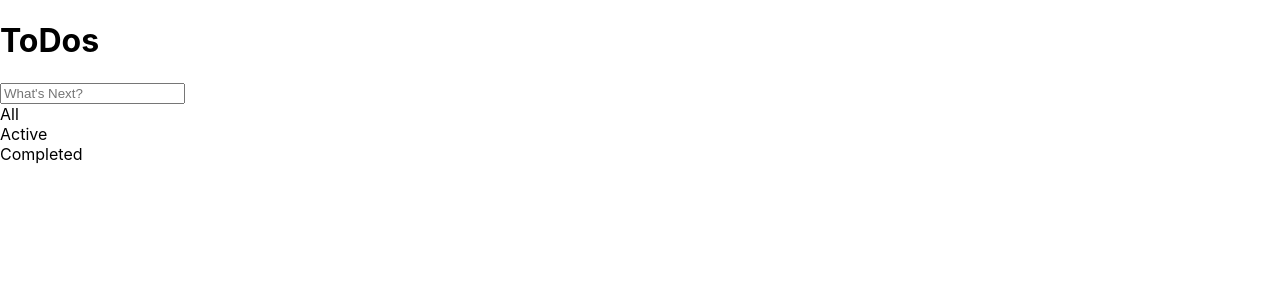
Repository: shuroo/FECourse-final-ex-todos
Page: /
These files come from the project's save history. The page is drawn as it stood at one moment and after a run of saves; the edit follows.
The browser window is 1280 px wide. The pictures show the whole page.
The project was rebuilt for these pictures with package versions that can differ from the ones it lists, and the page was loaded fresh each time. Also part of the build but not shown: src/App.css, src/components/TaskComponent.jsx, src/components/TasksView.jsx.

Above is the page before, as saved 2021-08-04 00:46:54.

### src/App.js
import logo from './logo.svg';
import './App.css';
import HomePage from './pages/HomePage';
import { Container } from 'react-bootstrap';

function App() {
    return (

        <
        HomePage / >



    );
}

export default App;

### src/pages/HomePage.jsx

import React, { Component,useState,useEffect } from 'react';
import Container from 'react-bootstrap/Container'
import FormComponent from "../components/FormComponent";
import FooterBar from '../components/FooterBar';
import TaskModel from '../model/TaskModel';

import {
    BrowserRouter as Router,
    Switch,
    Route,
    Link
  } from "react-router-dom";
import TasksView from '../components/TasksView';
import TaskComponent from '../components/TaskComponent';

function HomePage(){

    function defaultFilter(task){ return true; }
    function activeTasksFilter(task){ return task && !task.isDone; }
    function completedTasksFilter(task){ return task && task.isDone; };

    const [tasks, setTasks] = useState([]);
    const [tasksFiltered, setTasksFiltered] = useState([...tasks]);
    const [taskToAdd, setTaskToAdd] = useState("");
    const [filterBy, setFilterBy] = useState("All");
    const [taskToRemove, setTaskToRemove] = useState("");

    // const [filteredTasks, setFilteredTasks] = useState(tasks);

    function updateTasks(){
        const newTaskName = document.getElementById("tasksAddInput").value;
        const taskToAdd = new TaskModel(newTaskName,false); //todo: add key?
        const tasksCpy = [...tasks];
        tasksCpy.push(taskToAdd);
        setTasks(tasksCpy);
        setTasksFiltered(tasksCpy);

    }

    useEffect(() => {
        updateTasks();
     }, [taskToAdd])


    function removeTask(taskId){
        const tasksCpy = [...tasks];
        const index = tasksCpy.map(function(item) {
            return item.key;
        }).indexOf(taskId);

        tasksCpy.splice(index, 1);
        setTasks(tasksCpy);
        setTasksFiltered(tasksCpy);
    }

    useEffect(() => {
        removeTask(taskToRemove)
      }, [taskToRemove]);



   useEffect(() => {
       alert(filterBy);
    // let tasksCpy = [...tasks];
    // tasksCpy = (!tasks ? null : tasksCpy.filter(()=>filterBy));
    // console.log(tasksCpy);
    //setTasksFiltered(tasksCpy);
  }, [setFilterBy,filterBy]);



  // const tasksFiltered =  [...tasks].filter((task)=>filterBy(task));
    const tasksView = (!tasksFiltered ? null :tasksFiltered.map((task,index) =>{
        return <TaskComponent removeTask={removeTask} key={task.key+index} task={task}/>;}));

    return (<Container>
            <h1>ToDos</h1>
            <FormComponent tasks={tasks} setTasks={setTaskToAdd}/>
            {tasksView}
             <FooterBar  tasks={tasks} setFilter={setFilterBy} />
            </Container>

            )
    }

export default HomePage;

### src/components/FormComponent.jsx
import React, { Component } from 'react';
import { Button, ButtonGroup, Row } from 'react-bootstrap';
import Container from 'react-bootstrap/Container';
import Form from 'react-bootstrap/Form';
// todo: support task addition here!
function FormComponent({tasks,setTasks}) {

    // {tasks , setTasks}

    function addATask(e){
        if(e.charCode===13){
          const newTaskName = document.getElementById("tasksAddInput").value;
            setTasks(newTaskName);
          }

    }

    return (
    <Container>
      <Form onSubmit={((e)=>{ e.preventDefault();return false;})}>
        <Form.Group >
            <Form.Control type="text"  id="tasksAddInput" onKeyPress={((e)=>addATask(e))} placeholder="What's Next?" />
        </Form.Group>
      </Form>
    </Container>
    );

}

export default FormComponent;

### src/components/FooterBar.jsx
import React, { Component } from 'react';

import Navbar from 'react-bootstrap/Navbar'

import Nav from 'react-bootstrap/Nav'
import { Container, Row, Col, NavItem } from 'react-bootstrap';

function FooterBar({setFilter}){


      return (
        <Navbar  >
          <Container>
          <Navbar.Collapse id="basic-navbar-nav">
      <Nav className="me-auto">
      <NavItem active key="All" onClick={setFilter("All")} >All </NavItem>
      <NavItem key="Active" onClick={setFilter("Active")}  >Active
         </NavItem>
         <NavItem key="Completed" onClick={setFilter("Completed")}  >Completed </NavItem>
        </Nav>
        </Navbar.Collapse>
        </Container>
        </Navbar>

      )

  }

  export default FooterBar;

### src/model/TaskModel.jsx
class TaskModel{
    constructor(name,isDone){
        this.name = name;
        this.isDone = isDone;
        this.key=name;
        this.setIsDone = this.setIsDone.bind(this);
    }

    setIsDone(boolVal){
        this.isDone = boolVal;
    }
}

export default TaskModel;

Loaded but not shown: public/index.html (common file); src/index.js (common file); src/index.css (common file); src/reportWebVitals.js (common file)

After the next 2 saves:
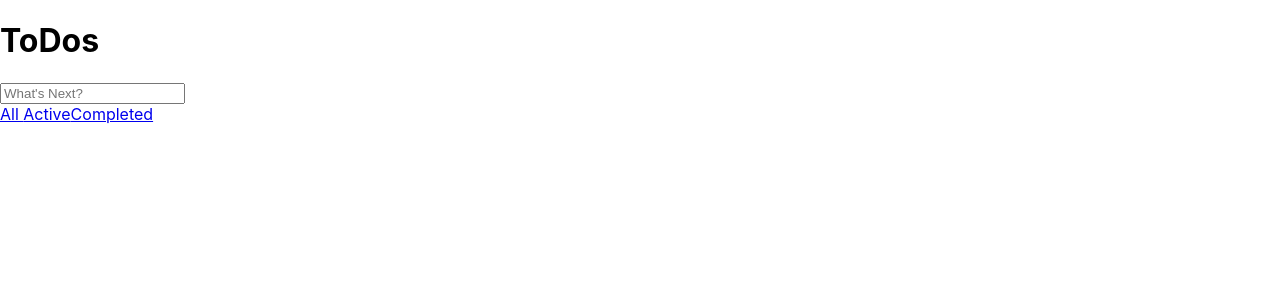
The 2 saves are shown as one change because 1 did not build or start.
The last was saved 96 s later.
--- a/src/components/FooterBar.jsx
+++ b/src/components/FooterBar.jsx
@@ -3,7 +3,7 @@ import React, { Component } from 'react';
 import Navbar from 'react-bootstrap/Navbar'
 
 import Nav from 'react-bootstrap/Nav'
-import { Container, Row, Col, NavItem } from 'react-bootstrap';
+import { Container, Row, Col } from 'react-bootstrap';
 
 function FooterBar({setFilter}){
 
@@ -13,10 +13,10 @@ function FooterBar({setFilter}){
           <Container>
           <Navbar.Collapse id="basic-navbar-nav">
       <Nav className="me-auto">
-      <NavItem active key="All" onClick={setFilter("All")} >All </NavItem>
-      <NavItem key="Active" onClick={setFilter("Active")}  >Active
-         </NavItem>
-         <NavItem key="Completed" onClick={setFilter("Completed")}  >Completed </NavItem>
+      <Nav.Link active key="All" onClick={()=>setFilter("All")} >All </Nav.Link>
+      <Nav.Link key="Active" onClick={()=>setFilter("Active")}  >Active
+         </Nav.Link>
+         <Nav.Link key="Active" onClick={()=>setFilter("Completed")}  >Completed </Nav.Link>
         </Nav>
         </Navbar.Collapse>
         </Container>
